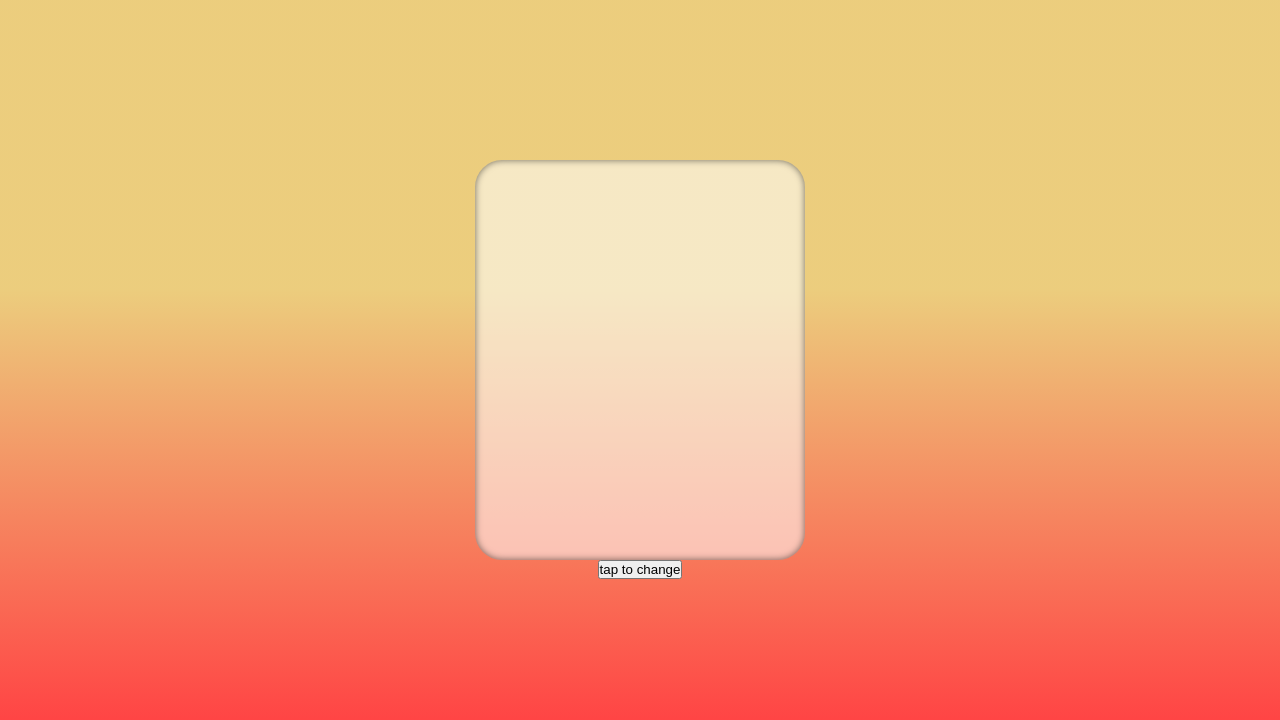
Repository: ThanhThn/profile
Page: index.html
An editor plug-in stored every save of this project. The page is shown before and after the next save, followed by the edit.
The browser window is 1280 px wide. The pictures show the whole page.

Above is the page before, as saved 2022-12-04 23:46:17.

### index.html
<!DOCTYPE html>
<html lang="en">
<head>
    <meta charset="UTF-8">
    <meta http-equiv="X-UA-Compatible" content="IE=edge">
    <meta name="viewport" content="width=device-width, initial-scale=1.0">
    <title>Document</title>
    <link rel="stylesheet" href="style.css">
</head>
<body>
    <div class="container">
        <div class="content"></div>
        <button>tap to change</button>
    </div>
</body>
</html>

### style.css
*{
    padding: 0;
    margin: 0;
    box-sizing: border-box;
}

body{
    background:  linear-gradient( to bottom, rgba(223, 172,39,60%) 40%, rgba(255,22,22,80%) 100% );
    width: 100%;
    height: 100vh;
}
.container{
    position: absolute;
    top: calc((100% - 400px)/2);
    left: calc((100% - 330px)/2);
    display: flex;
    flex-direction: column;
    align-items: center;
}

.content{
    width: 330px;
    height: 400px;
    background: rgba(255, 255, 255, 55%);
    border-radius: 27px;
    box-shadow: inset 0px 0px 7px rgba(0, 0, 0, 55%);
}

After the next save:
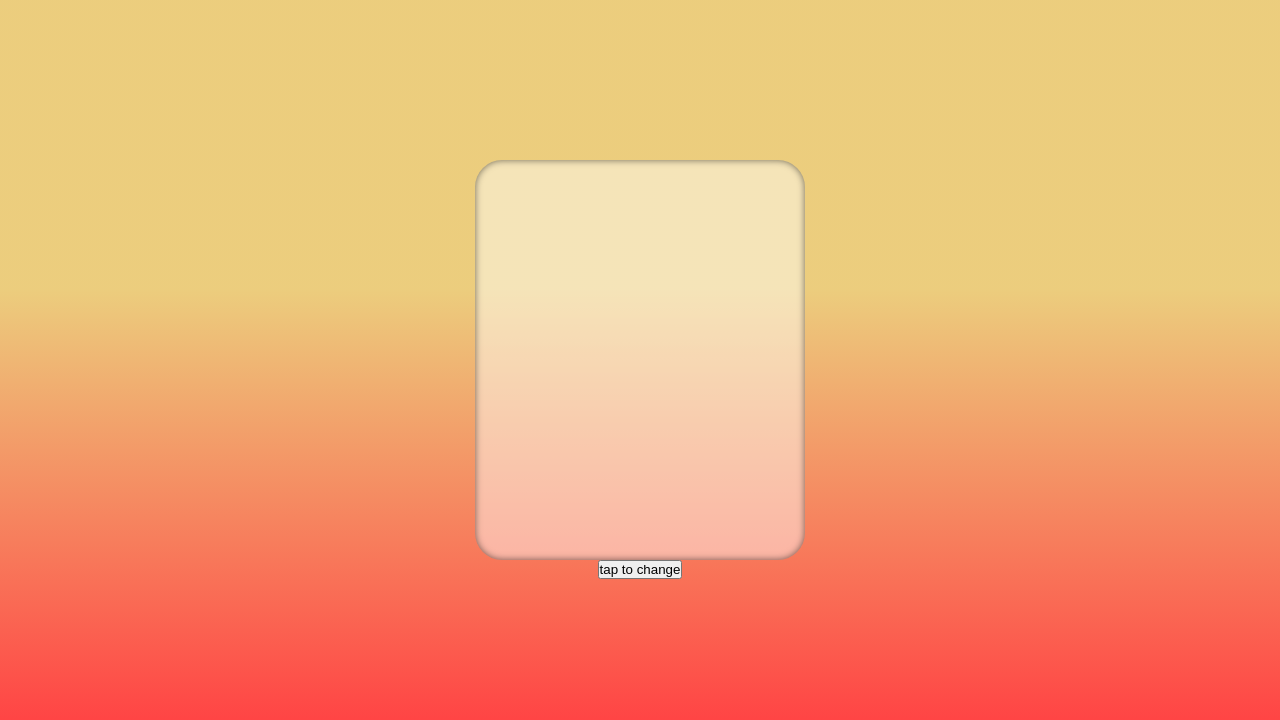
Saved 25 s later.
--- a/style.css
+++ b/style.css
@@ -21,7 +21,7 @@ body{
 .content{
     width: 330px;
     height: 400px;
-    background: rgba(255, 255, 255, 55%);
+    background: rgba(255, 255, 255, 45%);
     border-radius: 27px;
     box-shadow: inset 0px 0px 7px rgba(0, 0, 0, 55%);
 }
